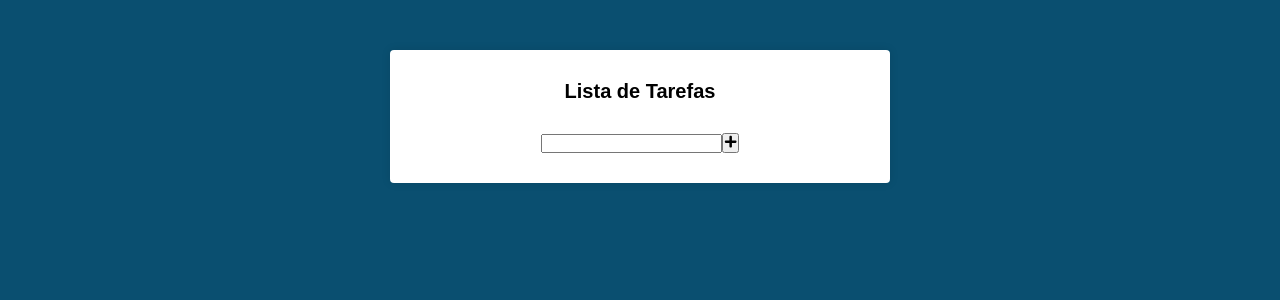
Repository: FellipeMiguel/lista-de-tarefas
Page: /
An editor plug-in stored every save of this project. The page is shown before and after the next save, followed by the edit.
The browser window is 1280 px wide. The pictures show the whole page.
The project was rebuilt for these pictures with package versions that can differ from the ones it lists, and the page was loaded fresh each time.

Above is the page before, as saved 2023-06-14 23:28:38.

### src/index.js
import React from "react"
import ReactDOM from "react-dom/client"

import App from "./App"

const root = ReactDOM.createRoot(document.getElementById("root"))
root.render(
  <React.StrictMode>
    <App />
  </React.StrictMode>,
)

### src/App.js
import Main from './components/Main'
import './App.css'

function App() {
  return <Main />
}

export default App

### src/components/Main.js
import React, { Component } from 'react'

// Form
import { FaPlus } from 'react-icons/fa'

import './Main.css'

export default class Main extends Component {
  state = {
    newTask: '',
  }

  handleChange = (e) => {
    this.setState({ newTask: e.target.value })
  }

  render() {
    // const { newTask } = this.state

    return (
      <div className="main">
        <h1>Lista de Tarefas</h1>

        <form action="#" className="form">
          <input onChange={this.handleChange} type="text" />
          <button type="submit">
            <FaPlus />
          </button>
        </form>
      </div>
    )
  }
}

### src/components/Main.css
.main {
  background: #fff;
  padding: 30px;
  margin: 50px auto;
  max-width: 500px;
  border-radius: 4px;
  box-shadow: 0 0 10px rgba(0, 0, 0, 0.1);
}

.main h1 {
  font-size: 20px;
  text-align: center;
}

.form {
  margin-top: 30px;
  display: flex;
  align-items: center;
  justify-content: center;
}

.form input[type="text"] {
}

Loaded but not shown: public/index.html (common file); src/App.css (common file)

After the next save:
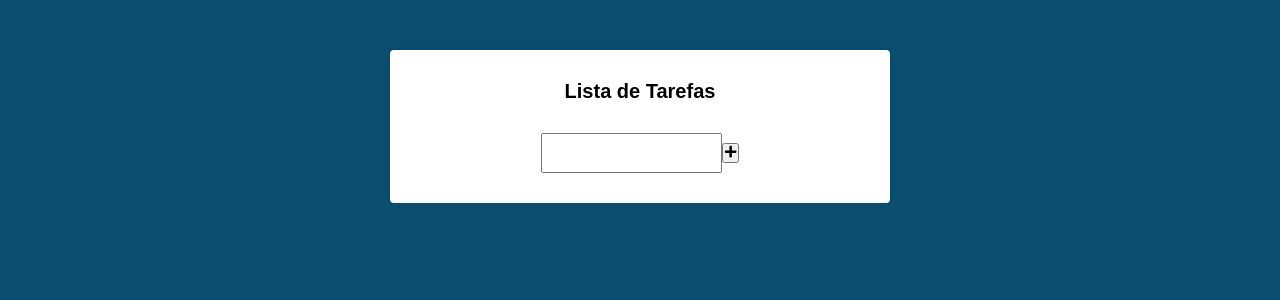
Saved 45 s later.
--- a/src/components/Main.css
+++ b/src/components/Main.css
@@ -20,4 +20,6 @@
 }
 
 .form input[type="text"] {
+  height: 40px;
+  padd
 }
